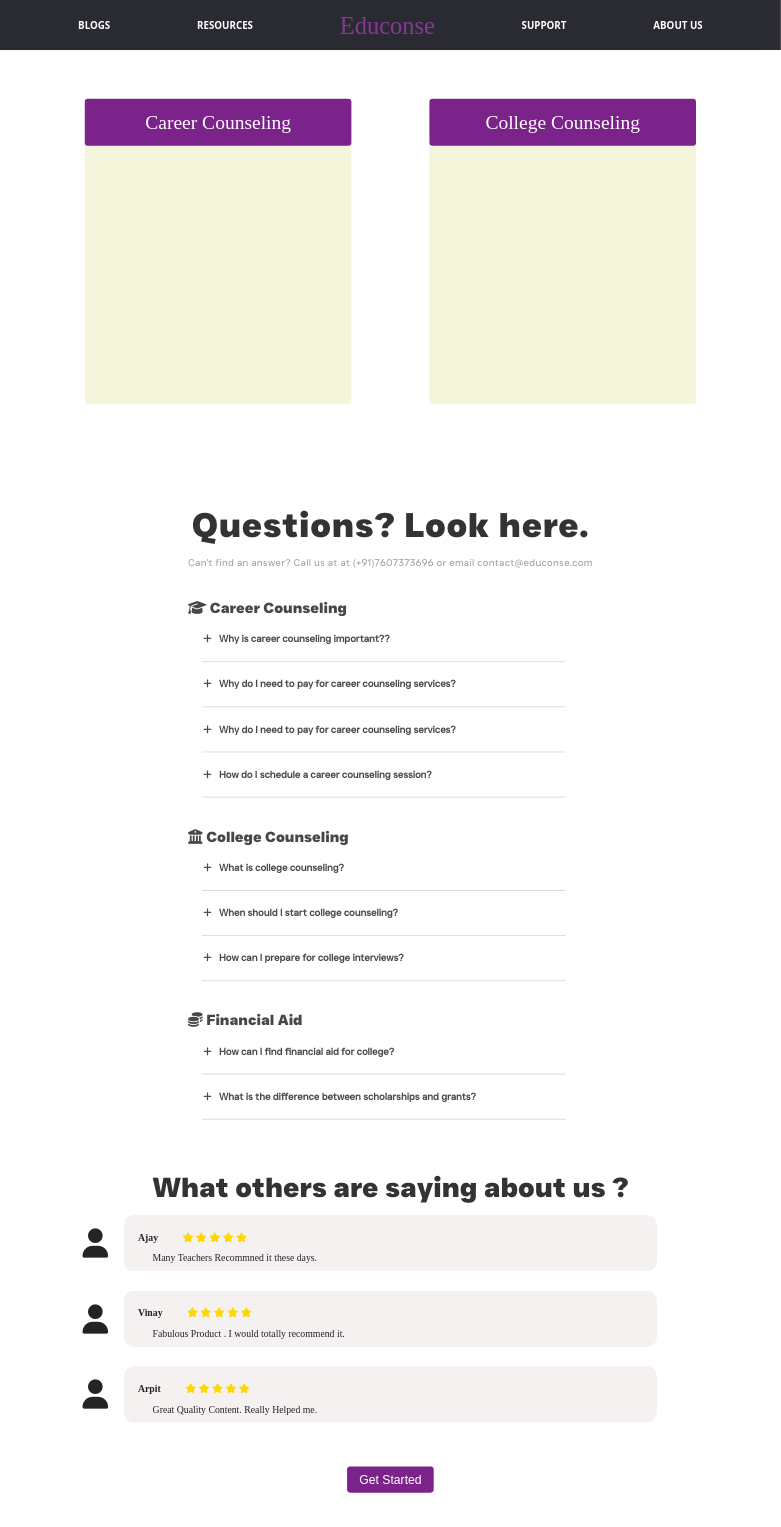
Repository: devajay07/educonse
Page: index.html
An editor plug-in stored every save of this project. The page is shown before and after the next save, followed by the edit.
The browser window is 1280 px wide. The pictures show the whole page, at 61% of full size.

Above is the page before, as saved 2023-10-15 01:07:14.

After the next save:
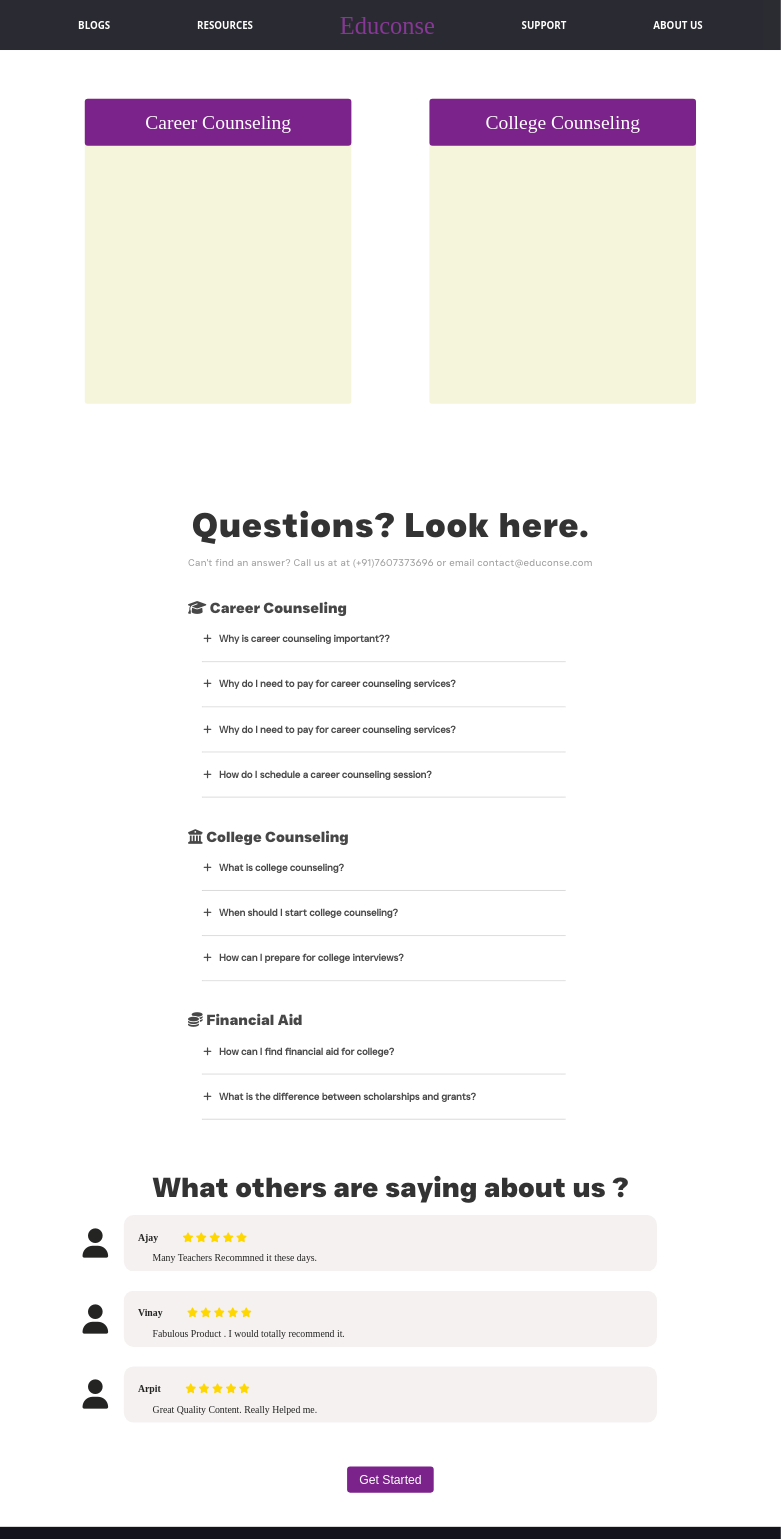
Saved 6 s later.
--- a/index.html
+++ b/index.html
@@ -242,7 +242,7 @@
       </div>
     </section>
 
-    </footer>
+    <footer></footer>
 
     <script src="./index.js"></script>
   </body>
